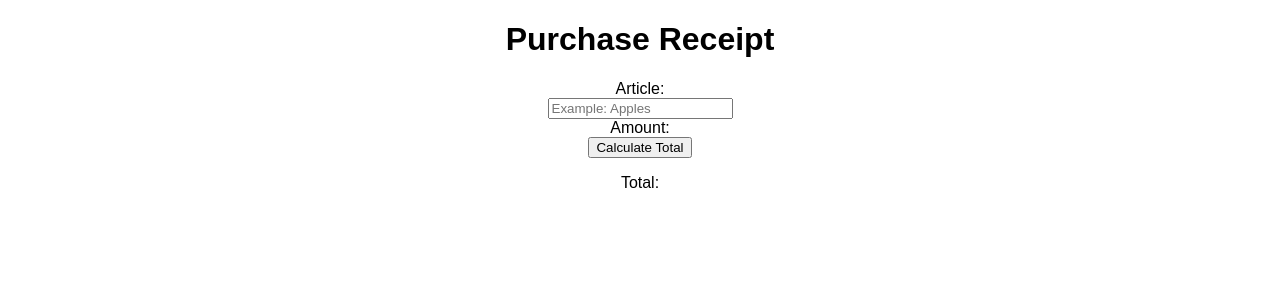
Repository: cokoduwa/js-study-group
Page: exercises/01/index.html
An editor plug-in stored every save of this project. The page is shown before and after the next save, followed by the edit.
The browser window is 1280 px wide. The pictures show the whole page.

Above is the page before, as saved 2023-02-14 21:31:40.

### exercises/01/index.html
<!DOCTYPE html>
<html lang="en">
<head>
    <meta charset="UTF-8">
    <meta http-equiv="X-UA-Compatible" content="IE=edge">
    <meta name="viewport" content="width=device-width, initial-scale=1.0">
    <link rel="stylesheet" href="index.css">

    <title>Coding Warmer - E1 </title>
</head>
<body>


        <h1>Purchase Receipt</h1>


        <section>
            <div>
             <div>
                 <ion-label>Article:</ion-label>
             </div>
               <div>
                  <input placeholder="Example: Apples" id="description"/>
               </div>
            </div>

            <div>
                <div>
                    <ion-label>Amount:</ion-label>
                </div>
                <div>
                    <ion-input placeholder="Example: $3" id="amount"></ion-input>
                </div>
            </div>

            <div>
                <div>
                    <button>Calculate Total</button>
                </div>
            </div>

            <div>
                <div>
                    <ul id="ticket">
                        <!--List of ticket articles here-->
                    </ul>
                </div>
            </div>
            <p id="total">
                Total: <!--Total here-->
            </p>
        </section>

</body>
<script src="index.js"></script>
</html>

### exercises/01/index.css
body {
    font-family: Arial, Helvetica, sans-serif;
    text-align: center;
}

section {
    margin: 0 auto;
}

Loaded but not shown: exercises/01/index.js (no stored copy; drawn as an empty file)

After the next save:
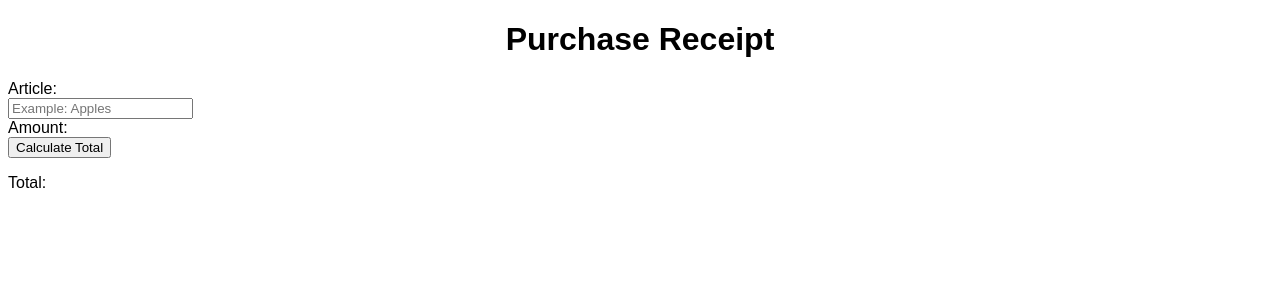
Saved 24 s later.
--- a/exercises/01/index.css
+++ b/exercises/01/index.css
@@ -1,8 +1,11 @@
 body {
     font-family: Arial, Helvetica, sans-serif;
-    text-align: center;
 }
 
 section {
     margin: 0 auto;
 }
+
+h1 {
+    text-align: center;
+}
